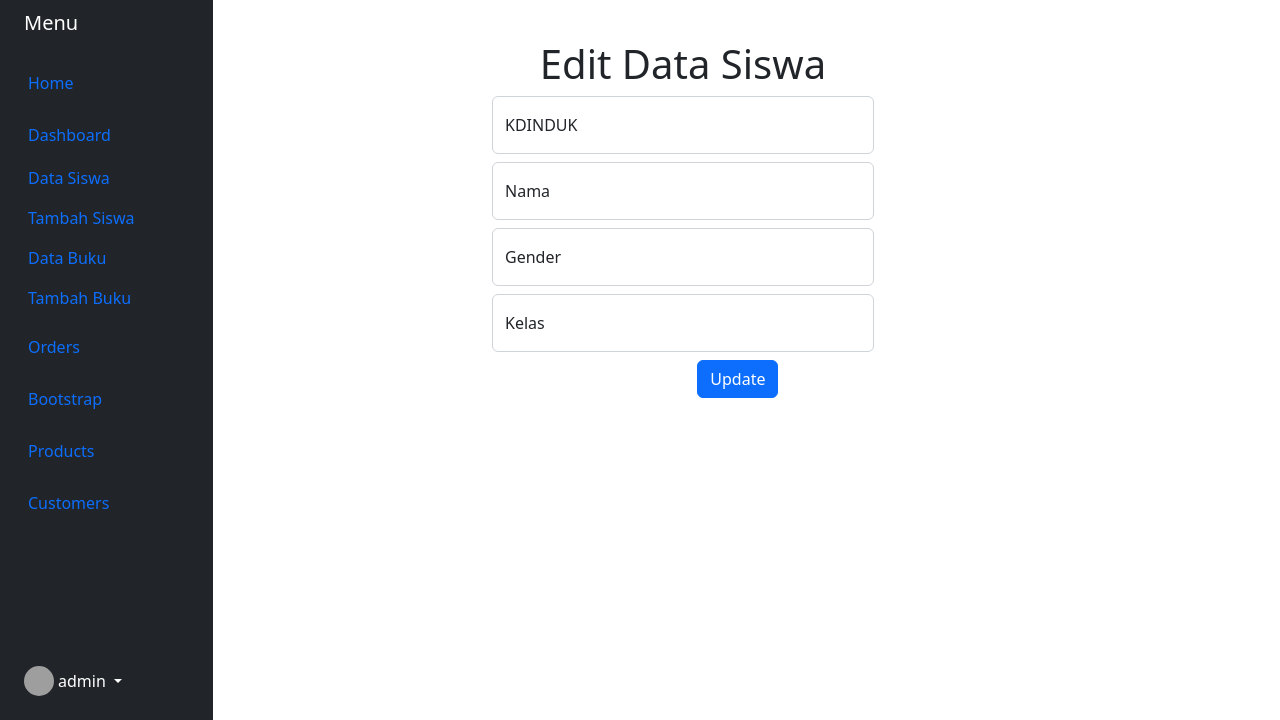
Repository: ervina991/uas-headless-cms
Page: /admin/buku-gql/updatebuku
These files come from the project's save history. The page is drawn as it stood at one moment and after the next save; the edit follows.
The browser window is 1280 px wide. The pictures show the whole page.
Pictures or frames that could not be fetched are drawn as grey boxes. The project was rebuilt for these pictures with package versions that can differ from the ones it lists, and the page was loaded fresh each time. The framework's server and built-in components were replaced by stand-ins that run in the browser. Also part of the build but not shown: next.config.js.

Above is the page before, as saved 2023-01-16 22:50:35.

### pages/_app.js
//import '../styles/globals.css'
import React from 'react'
import { SessionProvider } from 'next-auth/react'
import 'bootstrap/dist/css/bootstrap.min.css'

function MyApp({ Component, pageProps:{session, ...pageProps} }) {
  return (
    <SessionProvider session={session}>
      <Component {...pageProps} />
    </SessionProvider>
  );
}

export default MyApp

### pages/admin/buku-gql/updatebuku.jsx
//@ts-check

import React from "react";
import UpdateSiswa from "../../../components/admin/siswa-gql/UpdateSiswa";
import AdminLayout from "../../../components/admin/AdminLayout";

const updatesiswa = () => {
    return (
        <div>
            <AdminLayout>
                <UpdateSiswa />
            </AdminLayout>
        </div>
    );
}

export default updatesiswa;

### components/admin/siswa-gql/UpdateSiswa.jsx
//@ts-check

import React from "react";
import { useEffect, useState } from "react";
import Router, {useRouter} from "next/router";
import { ApolloClient, InMemoryCache, gql } from "@apollo/client";

const client = new ApolloClient({
    uri: 'http://localhost:1337/graphql',
    cache: new InMemoryCache()
})

const UpdateSiswa = () => {
    //Deklarasi state
    const [_kdinduk, setKdinduk] = useState('');
    const [_nama,setNama] = useState('');
    const [_gender, setGender] = useState('');
    const [_kelas, setKelas] = useState('');

    //mengambil data yang dikirim melalui router
    const router = useRouter();
    const {id, kdinduk, nama, gender, kelas} = router.query;

    useEffect(() => {
        if (typeof kdinduk == 'string') {
            setKdinduk(kdinduk);
        }
        if (typeof nama == 'string') {
            setNama(nama);
        }
        if (typeof gender == 'string') {
            setGender(gender);
        }
        if (typeof kelas == 'string') {
            setKelas(kelas)
        }
    },[kdinduk,nama,gender,kelas])

    const submitHandler = async (e) => {
        e.preventDefault()

        try {
            await client.mutate({
                mutation: gql`
                    mutation{
                        updateSiswa(id:${id},
                            data:{
                                nama:"${_nama}",
                                gender:"${_gender}",
                                kelas:"${kelas}"
                            })
                            {
                                data{
                                    id
                                }
                            }
                    }
                `
            })

            alert("Update Siswa Sukses")
            Router.push('/admin/siswa-gql/datasiswa')
        } catch (e) {
            //throw Error (e.message)
            console.log({message: e.message});
        }
    }

return (
    <div>
        <div className="container mt-4">
            <form className="w-50 mx-auto" onSubmit={submitHandler}>
                <h1 className="w-75 text-center">Edit Data Siswa</h1>
                <div className="w-75">
                    <div className="form-floating">
                        <input className="form-control mb-2" id="kdinduk" type="text" placeholder="KDINDUK" value={_kdinduk} onChange={(e) => setKdinduk(e.target.value)} />
                        <label htmlFor="kdinduk">KDINDUK</label>
                    </div>

                    <div className="form-floating">
                        <input className="form-control mb-2" id="nama" type="text" placeholder="nama" value={_nama} onChange={(e) => setNama(e.target.value)} />
                        <label htmlFor="kdinduk">Nama</label>
                    </div>

                    <div className="form-floating">
                        <input className="form-control mb-2" id="gender" type="text" placeholder="gender" value={_gender} onChange={(e) => setGender(e.target.value)}/>
                        <label htmlFor="kdinduk">Gender</label>
                    </div>

                    <div className="form-floating">
                        <input className="form-control mb-2" id="kelas" type="text" placeholder="Program Studi" value={_kelas} onChange={(e) => setKelas(e.target.value)} />
                        <label htmlFor="kdinduk">Kelas</label>
                    </div>
                <div className="w-75 d-flex flex-row-reverse">
                    <button className="btn btn-primary" type="submit">Update</button>
                </div>

                </div>
            </form>
        </div>
    </div>
);
}

export default UpdateSiswa;

### components/admin/AdminLayout.js

import SideBar from './SideBar';

function AdminLayout({children}) {
    return (
        <div>
            <SideBar children = {children} />
                {/* {children}
            </SideBar> */}
        </div>
    );
}
export default AdminLayout;

### components/admin/buku-gql/UpdateBuku.jsx
//@ts-check

import React from "react";
import { useEffect, useState } from "react";
import Router, {useRouter} from "next/router";
import { ApolloClient, InMemoryCache, gql } from "@apollo/client";

const client = new ApolloClient({
    uri: 'http://localhost:1337/graphql',
    cache: new InMemoryCache()
})

const UpdateBuku = () => {
    //Deklarasi state
    const [_kdbuku, setKdbuku] = useState('');
    const [_buku,setBuku] = useState('');
    const [_pengarang, setPengarang] = useState('');
    const [_penerbit, setPenerbit] = useState('');

    //mengambil data yang dikirim melalui router
    const router = useRouter();
    const {id, kdbuku, buku, pengarang, penerbit} = router.query;

    useEffect(() => {
        if (typeof kdbuku == 'string') {
            setKdbuku(kdbuku);
        }
        if (typeof buku == 'string') {
            setBuku(buku);
        }
        if (typeof pengarang == 'string') {
            setPengarang(pengarang);
        }
        if (typeof penerbit == 'string') {
            setPenerbit(penerbit)
        }
    },[kdbuku,buku,pengarang,penerbit])

    const submitHandler = async (e) => {
        e.preventDefault()
        try {
            await client.mutate({
                mutation: gql`
                    mutation{
                        updateBuku(id:${id},
                            data:{
                                kdbuku:"${_kdbuku}",
                                buku:"${_buku}",
                                pengarang:"${_pengarang}",
                                penerbit:"${penerbit}"
                            }
                        ){data{id attributes{
                            kdbuku
                            buku
                            pengarang
                            penerbit
                        }}}
                    }`
            })

            alert("Update Buku Sukses")
            Router.push('/admin/buku-gql/databuku')
        } catch (e) {
            //throw Error (e.message)
            console.log({message: e.message});
        }
    }

return (
    <div>
        <div className="container mt-4">
            <form className="w-50 mx-auto" onSubmit={submitHandler}>
                <h1 className="w-75 text-center">Edit Data Buku</h1>
                <div className="w-75">
                    <div className="form-floating">
                        <input className="form-control mb-2" id="kdbuku" type="text" placeholder="KDBUKU" value={_kdbuku} onChange={(e) => setKdbuku(e.target.value)} />
                        <label htmlFor="kdbuku">KDBUKU</label>
                    </div>

                    <div className="form-floating">
                        <input className="form-control mb-2" id="buku" type="text" placeholder="buku" value={_buku} onChange={(e) => setBuku(e.target.value)} />
                        <label htmlFor="kdbuku">Buku</label>
                    </div>

                    <div className="form-floating">
                        <input className="form-control mb-2" id="pengarang" type="text" placeholder="pengarang" value={_pengarang} onChange={(e) => setPengarang(e.target.value)}/>
                        <label htmlFor="kdbuku">Pengarang</label>
                    </div>

                    <div className="form-floating">
                        <input className="form-control mb-2" id="penerbit" type="text" placeholder="Program Studi" value={_penerbit} onChange={(e) => setPenerbit(e.target.value)} />
                        <label htmlFor="kdbuku">Penerbit</label>
                    </div>
                <div className="w-75 d-flex flex-row-reverse">
                    <button className="btn btn-primary" type="submit">Update</button>
                </div>

                </div>
            </form>
        </div>
    </div>
);
}

export default UpdateBuku;

Loaded but not shown: components/admin/SideBar.js (254 lines, source omitted)

After the next save:
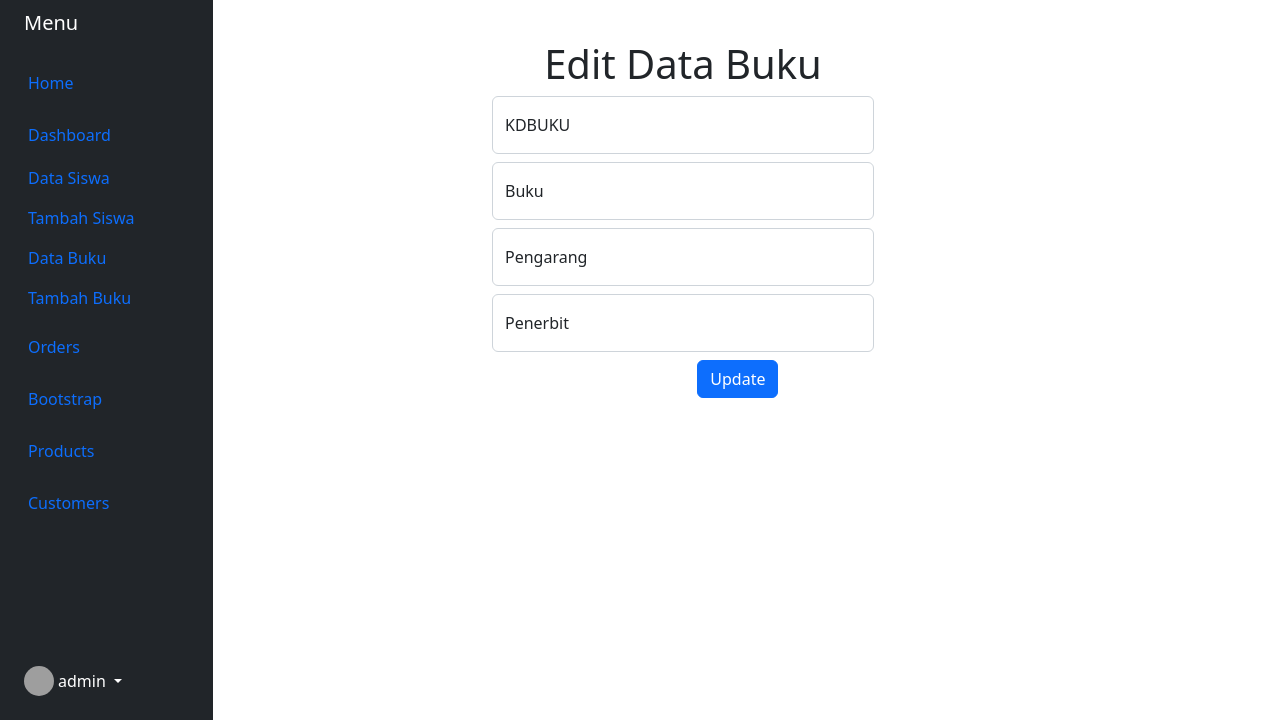
Saved 2 min 27 s later.
--- a/pages/admin/buku-gql/updatebuku.jsx
+++ b/pages/admin/buku-gql/updatebuku.jsx
@@ -1,17 +1,17 @@
 //@ts-check
 
 import React from "react";
-import UpdateSiswa from "../../../components/admin/siswa-gql/UpdateSiswa";
+import UpdateBuku from "../../../components/admin/buku-gql/UpdateBuku";
 import AdminLayout from "../../../components/admin/AdminLayout";
 
-const updatesiswa = () => {
+const updatebuku = () => {
     return (
         <div>
             <AdminLayout>
-                <UpdateSiswa />
+                <UpdateBuku />
             </AdminLayout>
         </div>
     );
 }
 
-export default updatesiswa;
+export default updatebuku;
